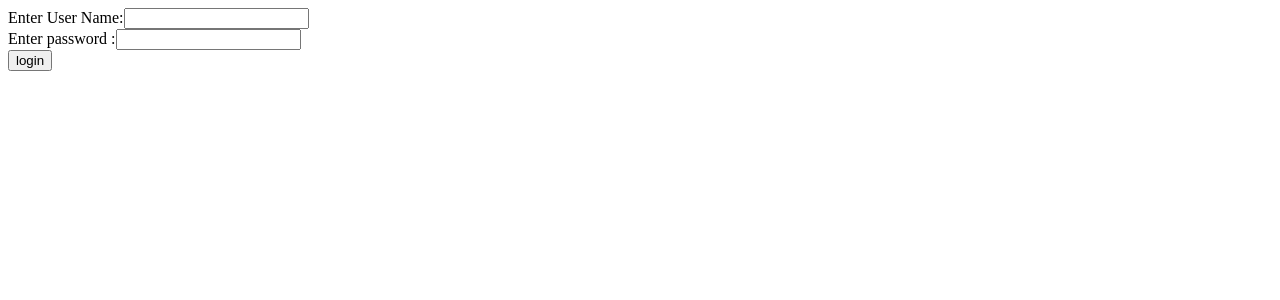
Repository: mugdha97/JSPServlet
Page: http://localhost/com.bridgelabz.loginRegister/Registration.jsp
An editor plug-in stored every save of this project. The page is shown before and after the next save, followed by the edit.
The browser window is 1280 px wide. The pictures show the whole page.
The page is served by Tomcat 9.

Above is the page before, as saved 2019-10-18 12:36:17.

After the next save:
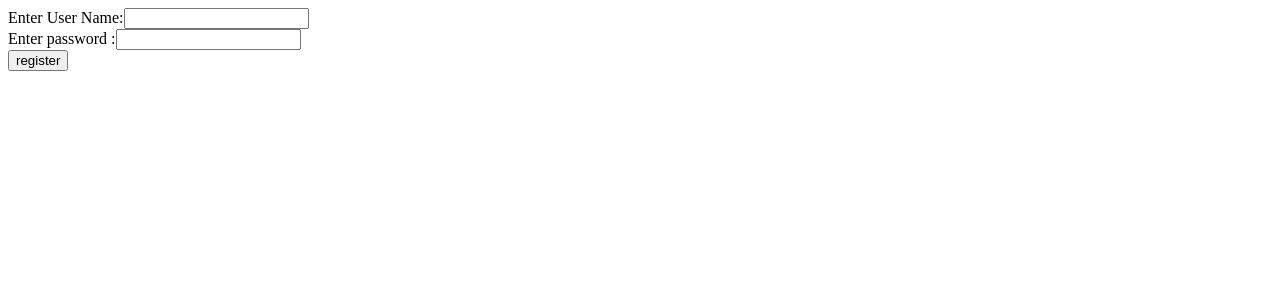
Saved 45 s later.
--- a/com.bridgelabz.loginRegister/WebContent/Registration.jsp
+++ b/com.bridgelabz.loginRegister/WebContent/Registration.jsp
@@ -7,9 +7,10 @@
 <title>Insert title here</title>
 </head>
 <body>
-<form action="login" method="post">
+<form action="Register" method="post">
 Enter User Name:<input type="text" name="uname"><br>
 Enter password :<input type="password" name="password"><br>
-<input type="submit" value="login">
+<input type="submit" value="register">
+</form>
 </body>
 </html>
